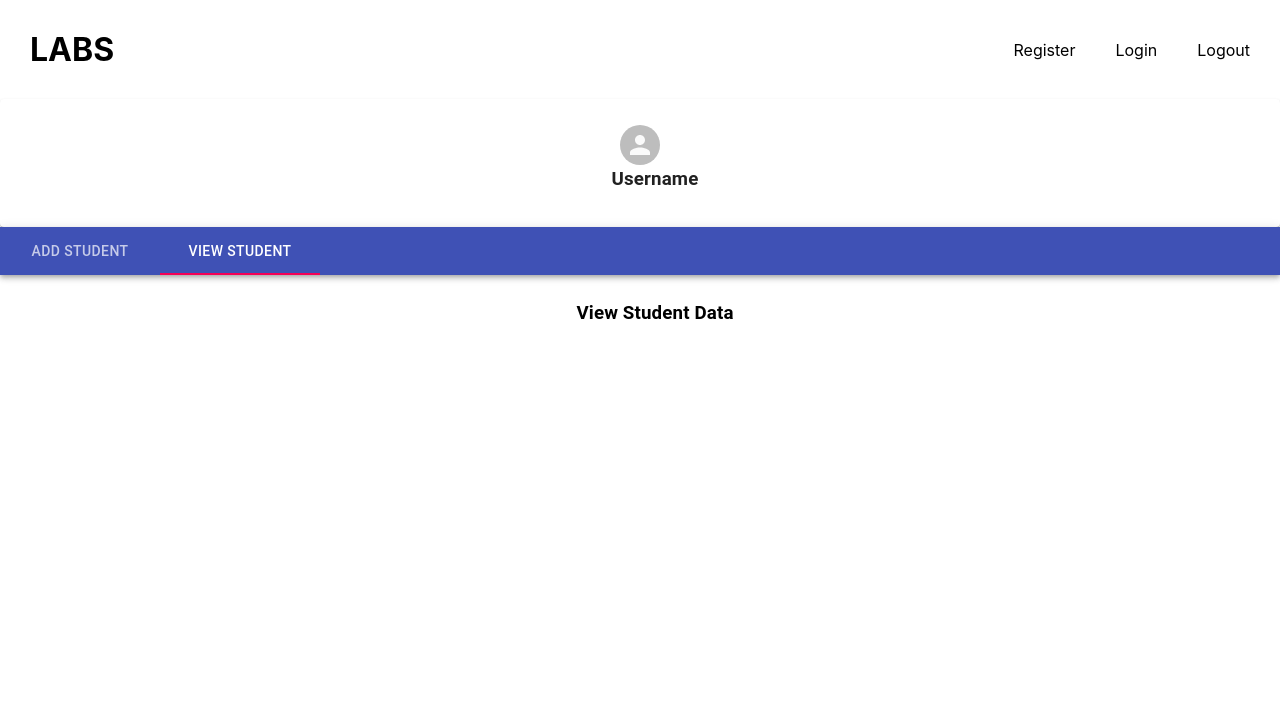
Repository: Prafullkuma/labsdata
Page: /admin, after clicking the first element matching `#simple-tab-1`
These files come from the project's save history. The page is drawn as it stood at one moment and after the next save; the edit follows.
The browser window is 1280 px wide. The pictures show the whole page.
The page's requests for data from a server got no answer. The project was rebuilt for these pictures with package versions that can differ from the ones it lists, and the page was loaded fresh each time. No one was signed in, and anything a server would have sent is missing. Also part of the build but not shown: src/Component/Main.js, src/Auth/Login.js, src/Auth/Signup.js, src/Auth/Logout.js.

Above is the page before, as saved 2020-08-25 22:24:16.

### src/App.js
import React from 'react';
import './App.css';
import Nav from './Component/Nav'
import Admin from './Component/Admin'
import Main from './Component/Main'
import Login from './Auth/Login'
import Signup from './Auth/Signup'
import Logout from './Auth/Logout'
import { BrowserRouter as Router, Route } from 'react-router-dom'
function App() {
  return (
    <div className="App">
      <Router>
        <Nav />
        <Route path="/logout" component={Logout} />
        <Route path="/signup" component={Signup} />
        <Route path="/login" component={Login} />
        <Route path="/admin" component={Admin} />
        <Route exact path="/" component={Main} />
      </Router>
    </div>
  );
}

export default App;

### src/Component/Nav.js
import React from 'react'
import './Nav.css'
import { Link } from 'react-router-dom'
function Nav() {
    return (
        <div className="Navbar">
            <h1> <Link to="/"> LABS</Link></h1>
            <ul>
                <li><Link to="/signup"> Register</Link></li>
                <li><Link to="/login">Login</Link></li>
                <li><Link to="/logout">Logout</Link>
                </li>
            </ul>
        </div>
    )
}

export default Nav

### src/Component/Admin.js
import React from 'react'
import { Avatar, Card, CardContent, Typography } from '@material-ui/core'
import './Admin.css'
import Details from './Details/Details'
function Admin() {
    return (
        <div>
            <Card className="all_data">
                <CardContent>
                    <Typography className="userdata">

                        <Avatar />
                        <h3>Username</h3>
                    </Typography>
                </CardContent>
            </Card>
            <Details />
        </div>
    )
}

export default Admin

### src/Component/Nav.css
.Navbar{
    padding: 30px;
    display: flex;
    justify-content: space-between;
    align-items: center;

}
a{
    text-decoration: none;
    color:black;
    }
ul,li{
    list-style: none;
    float: left;
    margin-left: 40px;
}

### src/Component/Admin.css
.userdata{
    display: flex;
    justify-content: right;
    align-items: center;
}
h3{
    margin-left: 30px;
}

### src/Component/Details/Details.js
import React from 'react'
import './details.css'
import { AppBar, Tabs, Tab, Typography } from '@material-ui/core'
import { makeStyles } from '@material-ui/core/styles';
import PropTypes from 'prop-types';
import Box from '@material-ui/core/Box';
import Addstudent from '../Student/Addstudent';
import ViewStudent from '../Student/ViewStudent';

const useStyles = makeStyles((theme) => ({
    root: {
        flexGrow: 1,
        backgroundColor: theme.palette.background.paper,
    },
}));

function a11yProps(index) {
    return {
        id: `simple-tab-${index}`,
        'aria-controls': `simple-tabpanel-${index}`,
    };
}
TabPanel.propTypes = {
    children: PropTypes.node,
    index: PropTypes.any.isRequired,
    value: PropTypes.any.isRequired,
};
function TabPanel(props) {
    const { children, value, index, ...other } = props;

    return (
        <div
            role="tabpanel"
            hidden={value !== index}
            id={`simple-tabpanel-${index}`}
            aria-labelledby={`simple-tab-${index}`}
            {...other} >
            {value === index && (
                <Box p={3}>
                    <Typography>{children}</Typography>
                </Box>
            )}
        </div>
    );
}

function Details() {
    const classes = useStyles();
    const [value, setValue] = React.useState(0);

    const handleChange = (event, newValue) => {
        setValue(newValue);
    };
    return (
        <div className="items">
            <div className="items_data">
                <AppBar position="static">
                    <Tabs value={value} onChange={handleChange} aria-label="simple tabs example">
                        <Tab label="Add Student" {...a11yProps(0)} />
                        <Tab label="View Student" {...a11yProps(1)} />
                    </Tabs>
                </AppBar>
            </div>
            <TabPanel value={value} index={0}>
                <h3> Add Student data Here</h3>
                <Addstudent />
            </TabPanel>
            <TabPanel value={value} index={1}>
                <h3>  View Student Data</h3>
                <ViewStudent />
            </TabPanel>
        </div>
    )
}


export default Details

### src/Component/Details/details.css
.items{
    text-align: center;

}
.items_data{
    text-align: center;
}

### src/Component/Student/Addstudent.js
import React, { useState } from 'react'
import './addstudent.css'
import { Card, CardContent, Typography } from '@material-ui/core'
import Radio from '@material-ui/core/Radio';
import RadioGroup from '@material-ui/core/RadioGroup';
import FormControlLabel from '@material-ui/core/FormControlLabel';
import FormControl from '@material-ui/core/FormControl';
import FormLabel from '@material-ui/core/FormLabel';
import { db } from '../../firebase'
function Addstudent() {
    const [name, setName] = useState('')
    const [date, setDate] = useState('')
    const [Sname, setSname] = useState('')
    const [classs, setClasss] = useState('')
    const [division, setDivision] = useState('')
    const [value, setValue] = useState('active');
    const handleChange = (event) => {
        setValue(event.target.value);
    };
    const saveDataHanlder = (e) => {
        e.preventDefault()
        db.collection('addStudent').add({
            name: name,
            date: date,
            schoolname: Sname,
            class: classs,
            division: division,
            status: value
        })
    }
    return (
        <div>
            <Card className="all_data">
                <CardContent>
                    <Typography className="userdata">
                        <form onSubmit={saveDataHanlder}>
                            <div className="Data_use">
                                <label> Enter Full Name</label>
                                <input type="text"
                                    value={name}
                                    onChange={e => setName(e.target.value)}
                                    placeholder="Enter Full Name" />

                            </div>
                            <div className="Data_use">
                                <label> Enter Date Of Birth</label>
                                <input type="date" value={date}
                                    onChange={e => setDate(e.target.value)}
                                    className="'date enchiladac" />

                            </div>
                            <div className="Data_use">
                                <label>Select School Name</label>
                                <select value={Sname} onChange={e => setSname(e.target.value)}>
                                    <option value="S.D.HighScholl">S.D High school</option>
                                    <option value="VTU Belgaum">VTU Belgaum</option>
                                    <option value="VTU Bangalore">VTU Bangalore</option>
                                    <option value="MAratha Mandal">Maratha Mandal</option>
                                    <option value="RLS Belgaum">RLS Belgaum</option>
                                </select>
                            </div>

                            <div className="Data_use">

                                <label>Select Class</label>
                                <select value={classs} onChange={e => setClasss(e.target.value)}>
                                    <option value="1">1st</option>
                                    <option value="2">2nd </option>
                                    <option value="3">3rd</option>
                                    <option value="4">4th </option>
                                    <option value="5">5th</option>
                                    <option value="6">6th </option>
                                    <option value="7">7th </option>
                                </select>
                            </div>
                            <div className="Data_use">
                                <label>Select Division</label>
                                <select value={division} onChange={e => setDivision(e.target.value)}>
                                    <option value="div A">Division A</option>
                                    <option value="div B">Division B</option>
                                    <option value="div c">Division C</option>
                                    <option value="div d">Division D</option>
                                </select>

                            </div>
                            <div className="Data_use1">
                                <FormControl component="fieldset">
                                    <FormLabel component="legend">Status</FormLabel>
                                    <RadioGroup aria-label="gender" name="gender1" value={value} onChange={handleChange}>
                                        <FormControlLabel value="active" control={<Radio />} label="active" />
                                        <FormControlLabel value="inactive" control={<Radio />} label="Inactive" />
                                    </RadioGroup>
                                </FormControl>
                            </div>
                            <button type="submit"> SAve</button>
                        </form>
                    </Typography>
                </CardContent>
            </Card>
        </div >
    )
}

export default Addstudent

### src/Component/Student/ViewStudent.js
import React, { useState, useEffect } from 'react'
import './viewstudent.css'
import { db } from '../../firebase'
import ViewStudentData from './ViewData/ViewStudentData'
function ViewStudent() {
    const [allData, setallData] = useState([])

    useEffect(() => {
        db.collection('addStudent').onSnapshot(snapshot => {
            setallData(snapshot.docs.map(doc => ({ id: doc.id, allData: doc.data() })))
        })
    }, [])
    return (
        <div>
            {console.log(allData.map(id => console.log(id.id)))}
            {console.log(allData.map(id => console.log(id.allData.name)))}
            <ViewStudentData />
        </div >
    )
}

export default ViewStudent

### src/Component/Student/addstudent.css
.userdata{
    display: flex;
    justify-content:center;
    align-items: center;
}
h3{
    margin-left: 30px;
}
.userdata{
   display: flex;
   flex-direction: column;
   padding: 10px;
}
.Data_use label{
    font-family: sans-serif;
    margin: 60px;
    text-align: right;
}
.Data_use input,select{
margin-bottom: 10px;
width: 200px;
}

### src/firebase.js
import firebase from 'firebase'

import 'firebase/firestore'
import 'firebase/auth'

var firebaseConfig = {
    apiKey: "AIzaSyDBjwEIOoHjkS1sD05WaYhi0mxlrS6cIds",
    authDomain: "labsdata-13bd9.firebaseapp.com",
    databaseURL: "https://labsdata-13bd9.firebaseio.com",
    projectId: "labsdata-13bd9",
    storageBucket: "labsdata-13bd9.appspot.com",
    messagingSenderId: "673732582527",
    appId: "1:673732582527:web:3f4a8688ae38e1fa14f34a",
    measurementId: "G-1QEVCBTCNL"
};
// Initialize Firebase
const data = firebase.initializeApp(firebaseConfig);
const db = data.firestore()
const auth = data.auth()

export { db, auth, firebase as default }

### src/Component/Student/ViewData/ViewStudentData.js
import React, { useState } from 'react'
import { makeStyles } from '@material-ui/core/styles';
import Table from '@material-ui/core/Table';
import TableBody from '@material-ui/core/TableBody';
import TableCell from '@material-ui/core/TableCell';
import TableContainer from '@material-ui/core/TableContainer';
import TableHead from '@material-ui/core/TableHead';
import TableRow from '@material-ui/core/TableRow';
import Paper from '@material-ui/core/Paper';


const useStyles = makeStyles({
    table: {
        minWidth: 650,
    },
});
function createData(name, calories, fat, carbs, protein) {
    return { name, calories, fat, carbs, protein };
}

const rows = [
    createData('Frozen yoghurt', 159, 6.0, 24, 4.0),
    createData('Ice cream sandwich', 237, 9.0, 37, 4.3),
    createData('Eclair', 262, 16.0, 24, 6.0),
    createData('Cupcake', 305, 3.7, 67, 4.3),
    createData('Gingerbread', 356, 16.0, 49, 3.9),
];

function ViewStudentData() {
    const classes = useStyles();
    return (
        <div>

        </div>
    )
}

export default ViewStudentData

Loaded but not shown: public/index.html (common file); src/index.js (common file); src/index.css (common file); src/serviceWorker.js (common file); src/App.css (common file); src/Component/Main.css (no stored copy; drawn as an empty file); src/Component/Student/viewstudent.css (no stored copy; drawn as an empty file)

After the next save:
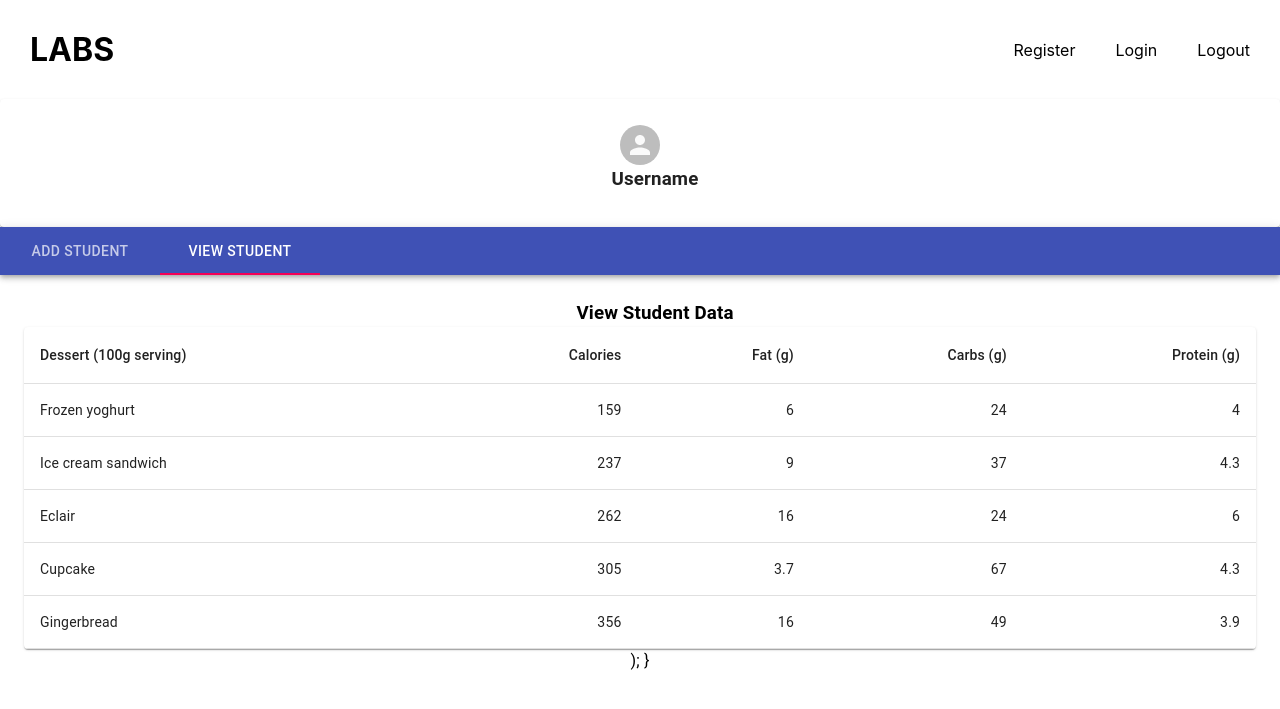
Saved 27 s later.
--- a/src/Component/Student/ViewData/ViewStudentData.js
+++ b/src/Component/Student/ViewData/ViewStudentData.js
@@ -30,7 +30,34 @@ function ViewStudentData() {
     const classes = useStyles();
     return (
         <div>
-
+            <TableContainer component={Paper}>
+                <Table className={classes.table} aria-label="simple table">
+                    <TableHead>
+                        <TableRow>
+                            <TableCell>Dessert (100g serving)</TableCell>
+                            <TableCell align="right">Calories</TableCell>
+                            <TableCell align="right">Fat&nbsp;(g)</TableCell>
+                            <TableCell align="right">Carbs&nbsp;(g)</TableCell>
+                            <TableCell align="right">Protein&nbsp;(g)</TableCell>
+                        </TableRow>
+                    </TableHead>
+                    <TableBody>
+                        {rows.map((row) => (
+                            <TableRow key={row.name}>
+                                <TableCell component="th" scope="row">
+                                    {row.name}
+                                </TableCell>
+                                <TableCell align="right">{row.calories}</TableCell>
+                                <TableCell align="right">{row.fat}</TableCell>
+                                <TableCell align="right">{row.carbs}</TableCell>
+                                <TableCell align="right">{row.protein}</TableCell>
+                            </TableRow>
+                        ))}
+                    </TableBody>
+                </Table>
+            </TableContainer>
+  );
+}
         </div>
     )
 }
